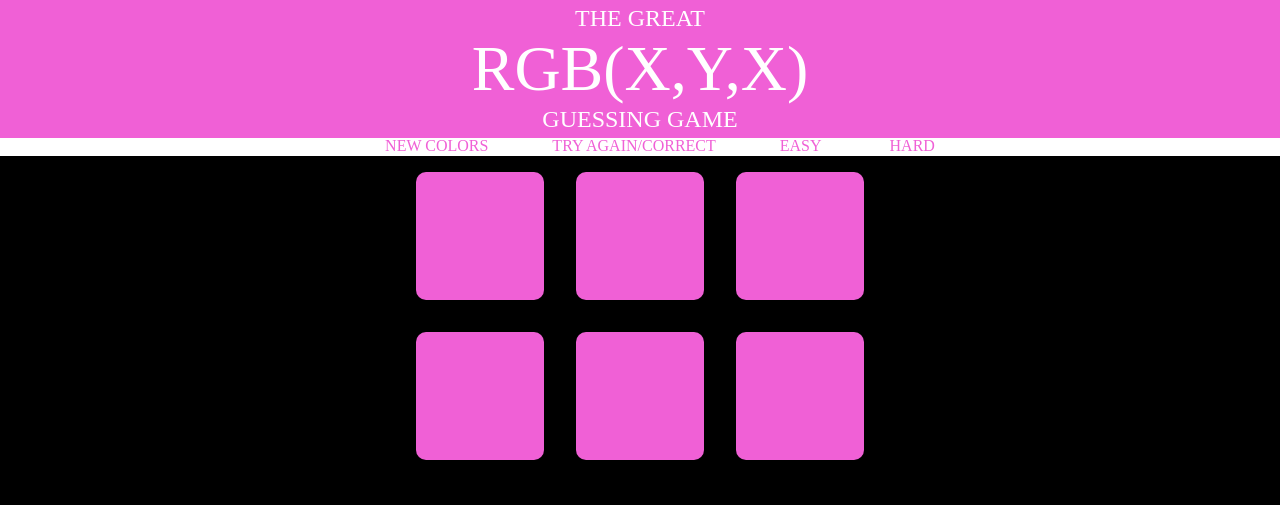
Repository: EEOOOO/javascript-projects
Page: rgbColorGameApp/index.html
An editor plug-in stored every save of this project. The page is shown before and after the next save, followed by the edit.
The browser window is 1280 px wide. The pictures show the whole page.

Above is the page before, as saved 2022-07-18 18:51:32.

### rgbColorGameApp/index.html
<!DOCTYPE html>
<html lang="en">
<head>
    <meta charset="UTF-8">
    <meta http-equiv="X-UA-Compatible" content="IE=edge">
    <meta name="viewport" content="width=device-width, initial-scale=1.0">
    <script defer src="rgbColorGame.js"></script>
    <link rel="stylesheet" href="style.css">
    <title>RGB Color Game</title>
</head>
<body>
    <header>
        <div class="headerMain">
            <span class="gameTitle">THE GREAT</span>
            <span class="rgbQuestion">RGB(X,Y,X)</span>
            <span class="gameTitle">GUESSING GAME</span>
        </div>
        <ul class="headerButtons">
            <li>
                <div class="playNewGameButton"><span>NEW COLORS</span></div>
            </li>
            <li>
                <div>
                    <span class="stateMessage">TRY AGAIN/CORRECT</span>
                </div>
            </li>
            <li>
                <div>
                    <span class="gameMode">EASY</span>
                    <span class="gameMode">HARD</span>
                </div>
            </li>
        </ul>
    </header>
    <main class="boxes">
        <div class="colorBox 1"></div>
        <div class="colorBox 2"></div>
        <div class="colorBox 3"></div>
        <div class="colorBox 4"></div>
        <div class="colorBox 5"></div>
        <div class="colorBox 6"></div>
    </main>
</body>
</html>

### rgbColorGameApp/rgbColorGame.js
let playGameBtn;

### rgbColorGameApp/style.css
:root {
  --color-now: #f060d6;
}
body {
  width: 100%;
  background-color: black;
  margin: 0;
}

header {
  width: 100%;
  text-align: center;
  background-color: var(--color-now);
}
.headerMain {
  color: white;
  display: flex;
  align-items: center;
  flex-direction: column;
  padding: 0.3rem;
}
.headerMain .rgbQuestion {
  font-size: 4rem;
}
.headerMain .gameTitle {
  font-size: 1.5rem;
}
.headerButtons {
  margin: 0;
  list-style: none;
  display: flex;
  align-items: center;
  justify-content: center;
  background-color: white;
  color: var(--color-now);
}
.headerButtons li span {
  padding: 0.2rem 0;
  margin: 0 2rem;
}
.headerButtons li span:hover {
  background-color: var(--color-now);
  color: white;
}
.boxes {
  display: flex;
  flex-wrap: wrap;
  align-items: center;
  justify-content: center;
  width: 32rem;
  margin: auto;
}
.colorBox {
  background-color: var(--color-now);
  width: 8rem;
  height: 8rem;
  border-radius: 10px;
  margin: 1rem;
}

After the next save:
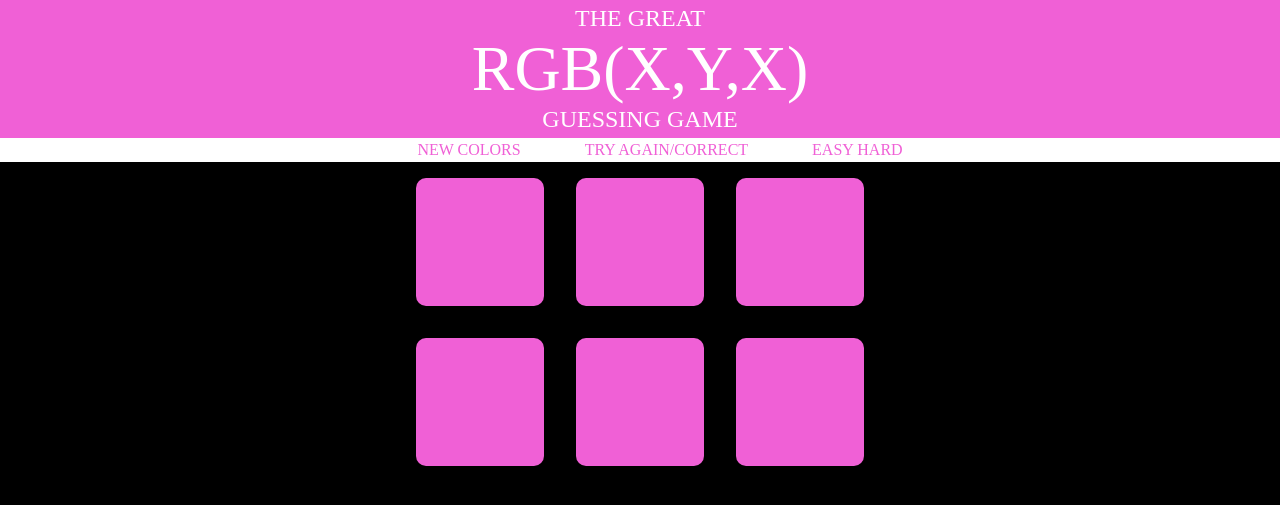
Saved 6 s later.
--- a/rgbColorGameApp/style.css
+++ b/rgbColorGameApp/style.css
@@ -34,7 +34,7 @@ header {
   background-color: white;
   color: var(--color-now);
 }
-.headerButtons li span {
+.headerButtons li {
   padding: 0.2rem 0;
   margin: 0 2rem;
 }
